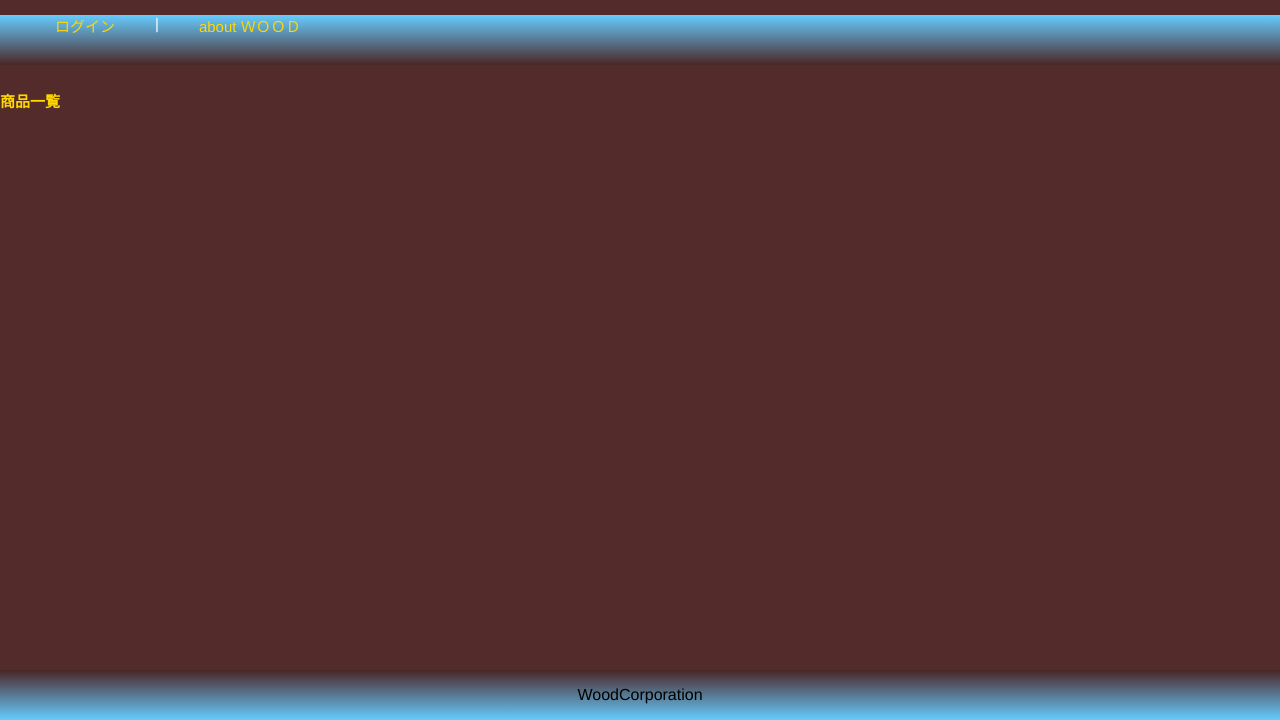
Repository: pokopen-6/test
Page: http://localhost/wheels/
An editor plug-in stored every save of this project. The page is shown before and after the next save, followed by the edit.
The browser window is 1280 px wide. The pictures show the whole page.
Some web fonts or font styles are not loaded; a fallback is used. The page is served by Tomcat 9.

Above is the page before, as saved 2018-05-31 05:07:18.

After the next save:
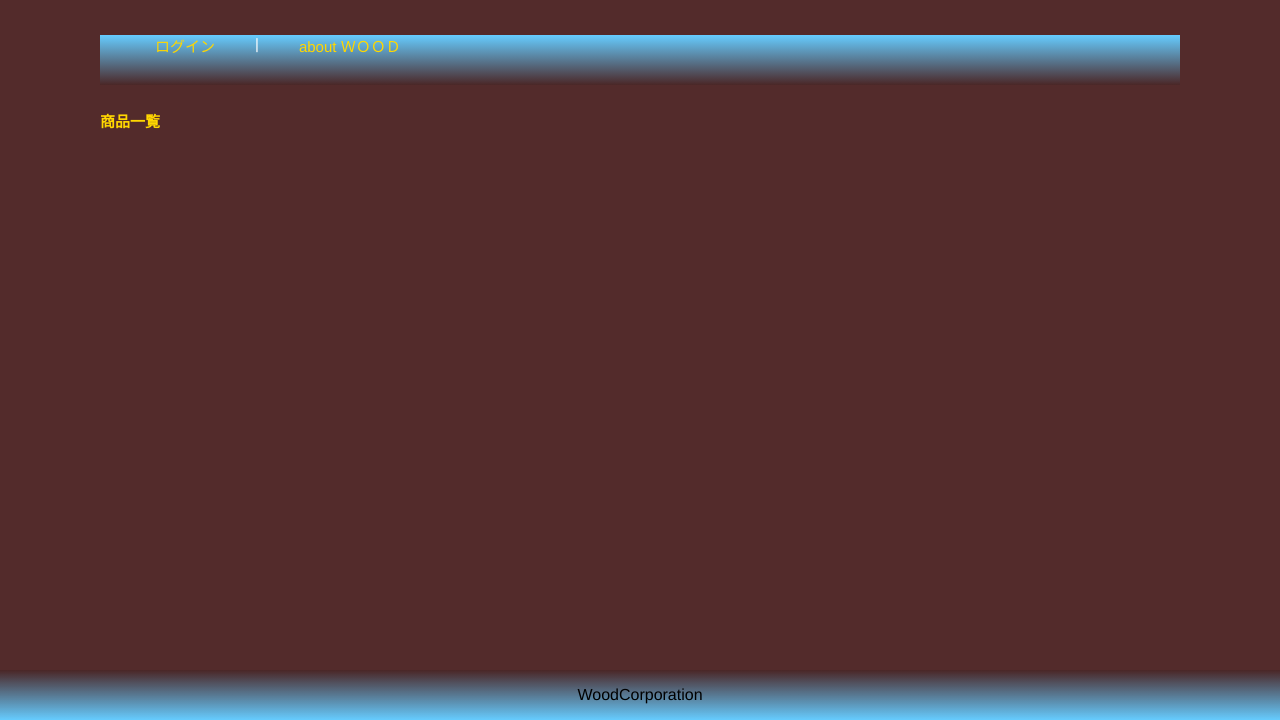
Saved 37 s later.
--- a/wheels/WebContent/home.jsp
+++ b/wheels/WebContent/home.jsp
@@ -12,6 +12,9 @@
 
 </head>
 <body>
+
+	<div class="main">
+	<div class="container">
 	<jsp:include page="include_header.jsp" />
 
 
@@ -19,6 +22,8 @@
 		<h2><a href='<s:url action="ProductListAction"/>'>商品一覧</a></h2>
 
 
+</div>
+</div>
 
 
 
